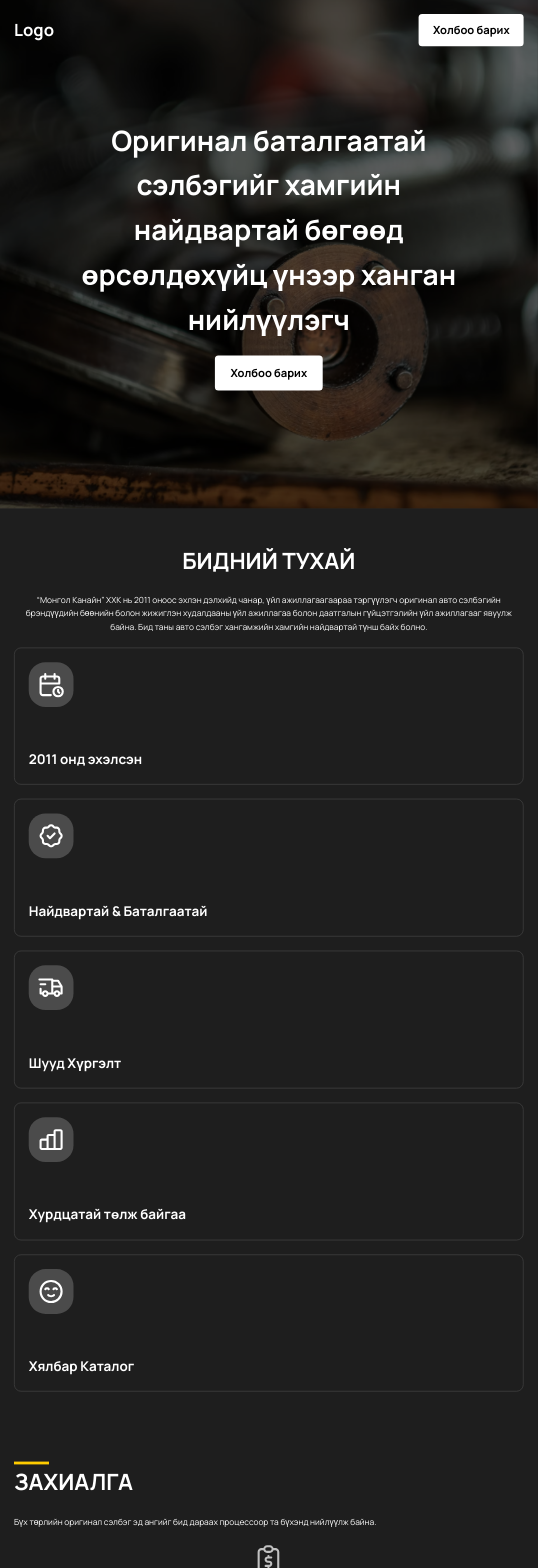
Repository: temuujinnn/mongol_kanain
Page: index.html
The author's editor kept a copy of each file at every save. The page is drawn from the files as they stood at one save, then again after the next save.
The browser window is 768 px wide. The pictures show the part of the page from y = 0 to 2240 px (the page is 5879 px tall), at 70% of full size.

Above is the page before, as saved 2024-08-23 10:23:29.

After the next save:
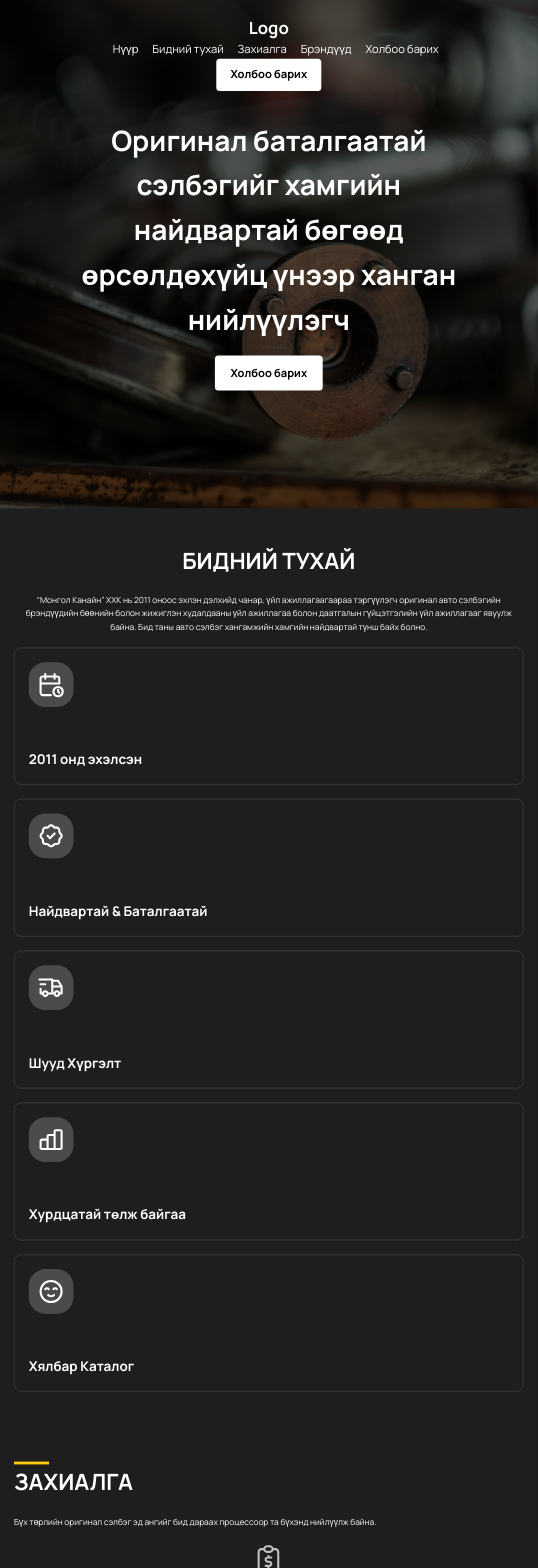
Saved 36 s later.
--- a/style.css
+++ b/style.css
@@ -192,34 +192,9 @@
 }
 
 @media (max-width: 768px) {
-    header .container {
-        flex-direction: row;
-        justify-content: space-between;
-    }
-
-    header nav ul {
-        display: none;
-    }
-
-    .hamburger {
-        display: flex;
-    }
-
-    #hero {
-        height: auto;
-        padding: 40px 20px;
-    }
-
     .hero-content h1 {
-        font-size: 12px
-    }
-
-    .hero-content .button {
-        font-size: 1rem;
-        padding: 10px 20px;
-    }
-
-
+        font-size: 12px;
+    }
 }
 
 /* Hero Section */

After the save that followed:
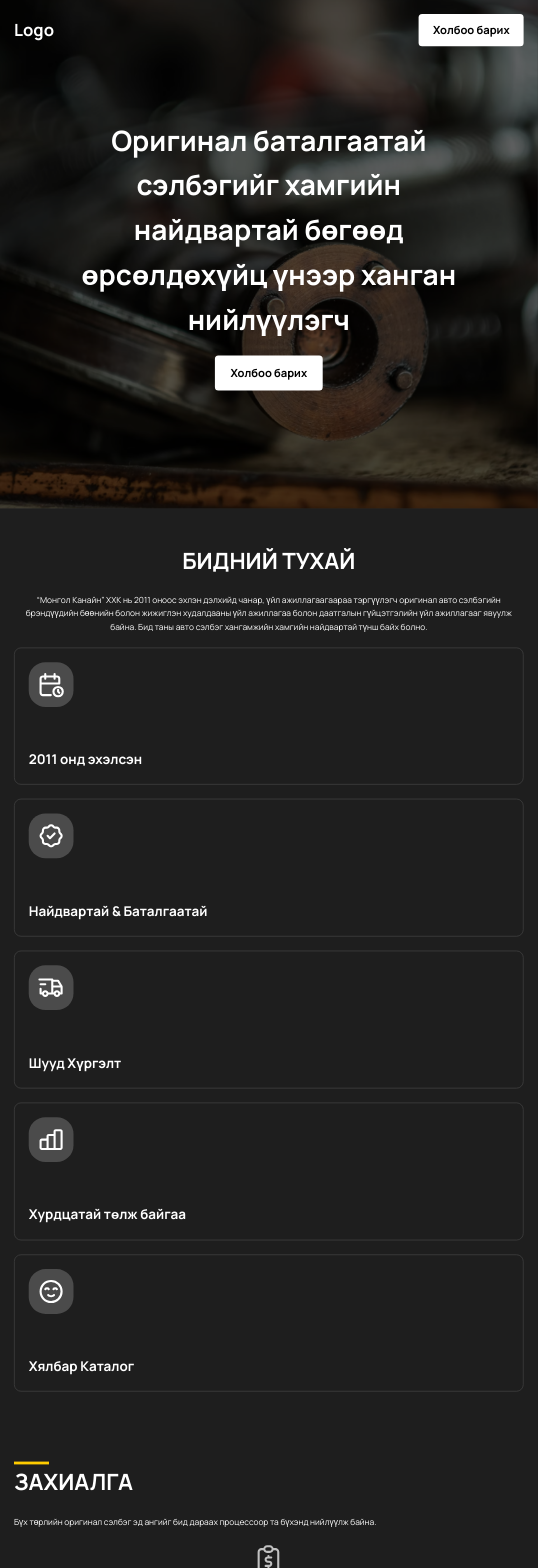
Saved 4 s later.
--- a/style.css
+++ b/style.css
@@ -192,9 +192,31 @@
 }
 
 @media (max-width: 768px) {
-    .hero-content h1 {
-        font-size: 12px;
-    }
+    header .container {
+        flex-direction: row;
+        justify-content: space-between;
+    }
+
+    header nav ul {
+        display: none;
+    }
+
+    .hamburger {
+        display: flex;
+    }
+
+    #hero {
+        height: auto;
+        padding: 40px 20px;
+    }
+
+
+    .hero-content .button {
+        font-size: 1rem;
+        padding: 10px 20px;
+    }
+
+
 }
 
 /* Hero Section */
